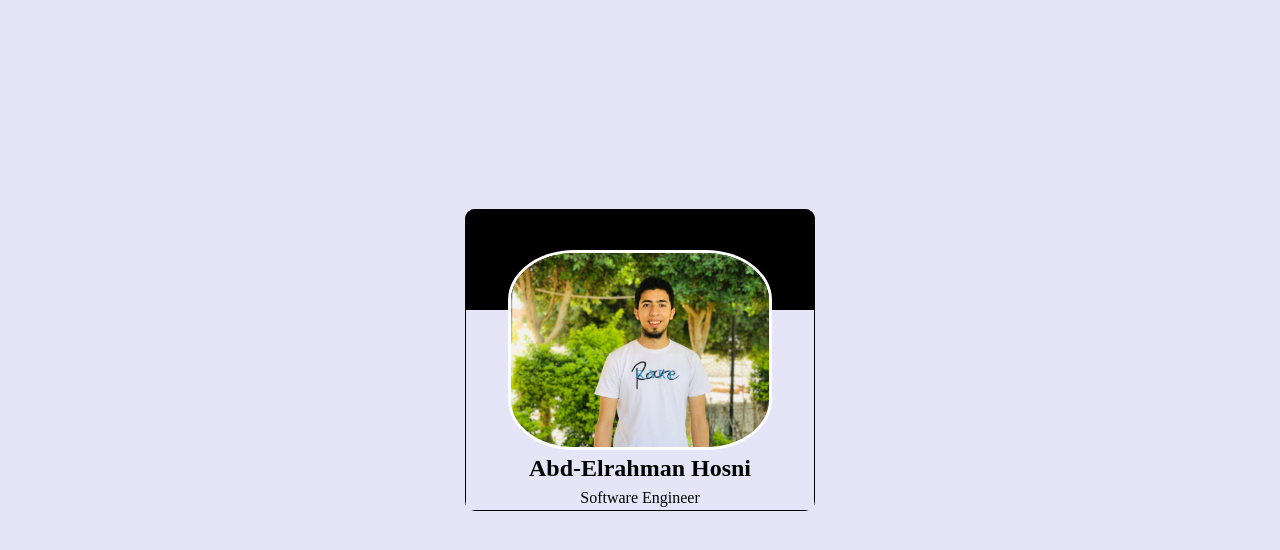
Repository: Abdo-Hosni123/Html-and-css-projects
Page: index.html
The author's editor kept a copy of each file at every save. The page is drawn from the files as they stood at one save, then again after the next save.
The browser window is 1280 px wide. The pictures show the whole page.

Above is the page before, as saved 2023-12-05 22:25:47.

After the next save:
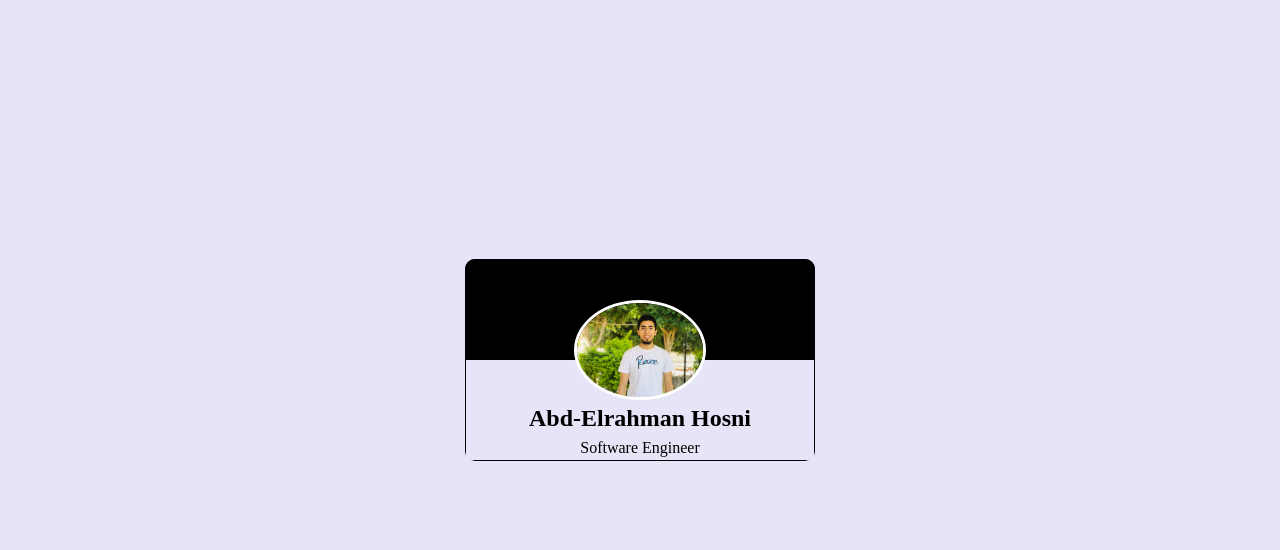
Saved 13 s later.
--- a/Style.css
+++ b/Style.css
@@ -58,9 +58,9 @@ isolation: isolate;
 }
 .card-img{
     margin-top: -60px;
-    border-radius: 25%;
+    border-radius: 50%;
     border: 3px solid white;
-    height: 200px;
+    height: 100px;
     z-index: 2;
 
 }
